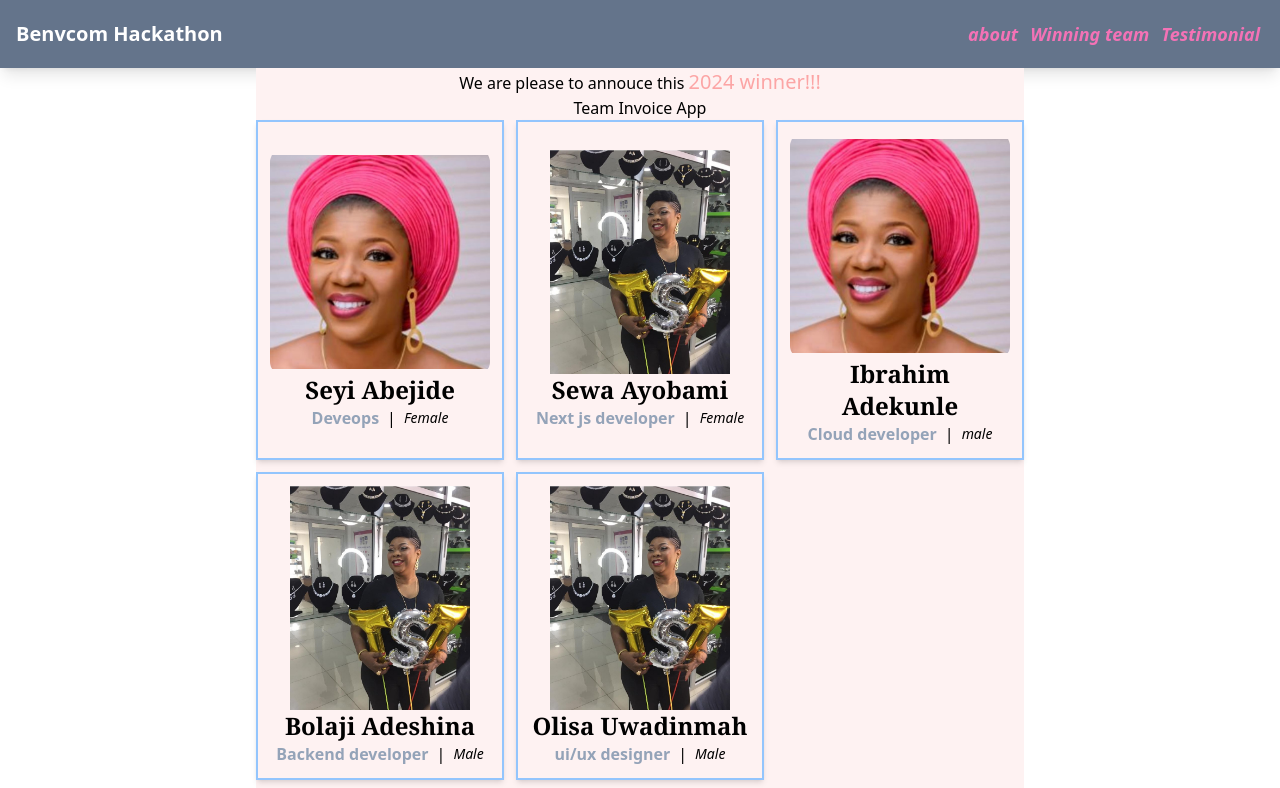
Repository: Semanmernstack/Bincom
Page: /
These files come from the project's save history. The page is drawn as it stood at one moment and after the next save; the edit follows.
The browser window is 1280 px wide. The pictures show the whole page.
The project was rebuilt for these pictures with package versions that can differ from the ones it lists, and the page was loaded fresh each time. The framework's server and built-in components were replaced by stand-ins that run in the browser. Also part of the build but not shown: next.config.mjs.

Above is the page before, as saved 2024-01-25 09:56:42.

After the next save:
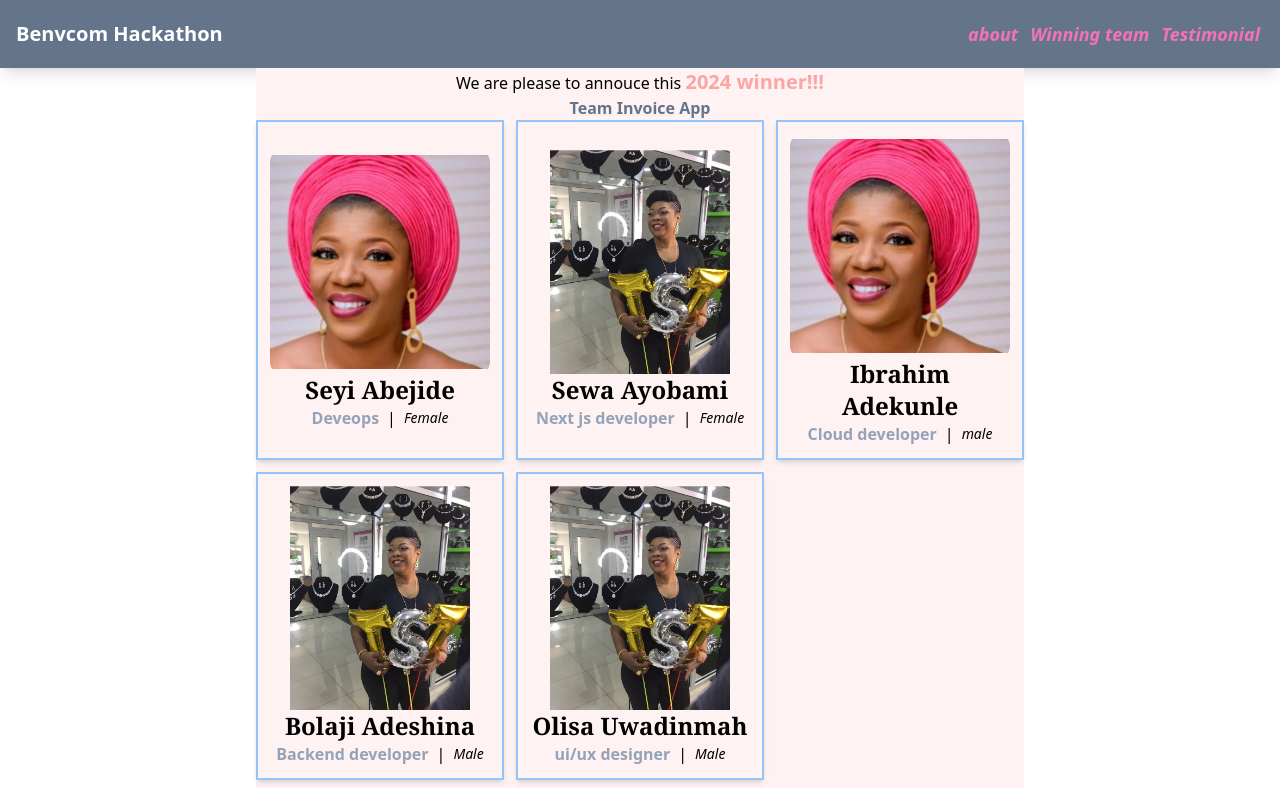
Saved 82 s later.
--- a/app/components/Info.tsx
+++ b/app/components/Info.tsx
@@ -4,8 +4,8 @@ function Info() {
   return (
     <div className='flex justify-center text-center'>
         <div>
-        <h1>We are please to annouce this <span className='text-red-300 text-xl'>2024  winner!!!</span></h1>
-        <h2> Team Invoice App</h2>
+        <h1>We are please to annouce this <span className='text-red-300 text-xl font-extrabold'>2024  winner!!!</span></h1>
+        <h2 className='text-slate-500 font-bold'> Team Invoice App</h2>
 
         </div>
 
